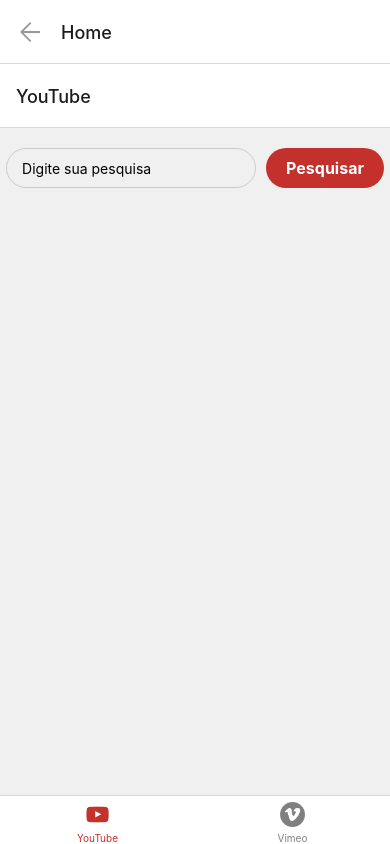
Repository: isaqkee/Youtube-API
Screen: /Home (app in youtubeAPI/)
An editor plug-in stored every save of this project. The screen is shown before and after the next save, followed by the edit.
The app was drawn by React Native's web renderer in a window 390 px wide. The project was rebuilt for these pictures with package versions that can differ from the ones it lists, and the page was loaded fresh each time. Also part of the build but not shown: youtubeAPI/VimeoScreen.js.

Above is the screen before, as saved 2024-05-27 22:44:17.

### youtubeAPI/App.js
import * as React from 'react';
import { NavigationContainer } from '@react-navigation/native';
import { createStackNavigator } from '@react-navigation/stack';
import { createBottomTabNavigator } from '@react-navigation/bottom-tabs';
import { Image, TouchableOpacity } from 'react-native';
import WelcomeScreen from './WelcomeScreen';
import YoutubeScreen from './YoutubeScreen';
import VimeoScreen from './VimeoScreen';

const Stack = createStackNavigator();
const Tab = createBottomTabNavigator();

function HomeTabs() {
  return (
    <Tab.Navigator
      screenOptions={({ route }) => ({
        tabBarIcon: ({ color, size }) => {
          let iconName;
          if (route.name === 'YouTube') {
            iconName = require('./assets/youtube.png');
          } else if (route.name === 'Vimeo') {
            iconName = require('./assets/vimeo.png');
          }
          return <Image source={iconName} style={{ width: size, height: size, tintColor: color }} />;
        },
      })}
      tabBarOptions={{
        activeTintColor: '#c4302b',
        inactiveTintColor: 'gray',
      }}
    >
      <Tab.Screen name="YouTube" component={YoutubeScreen} />
      <Tab.Screen name="Vimeo" component={VimeoScreen} />
    </Tab.Navigator>
  );
}

export default function App() {
  return (
    <NavigationContainer>
      <Stack.Navigator initialRouteName="Welcome">
        <Stack.Screen
          name="Welcome"
          component={WelcomeScreen}
          options={{
            headerShown: false
          }}
        />
        <Stack.Screen
          name="Home"
          component={HomeTabs}
          options={({ navigation }) => ({
            headerLeft: () => (
              <TouchableOpacity onPress={() => navigation.navigate('Welcome')}>
                <Image source={require('./assets/back.png')} style={{ width: 30, height: 30, marginLeft: 15 }} />
              </TouchableOpacity>
            ),
            headerShown: true
          })}
        />
      </Stack.Navigator>
    </NavigationContainer>
  );
}

### youtubeAPI/WelcomeScreen.js
import React from 'react';
import { View, Text, TouchableOpacity, StyleSheet, ImageBackground, Animated } from 'react-native';

export default function WelcomeScreen({ navigation }) {
  const fadeAnim = React.useRef(new Animated.Value(0)).current;

  React.useEffect(() => {
    Animated.timing(fadeAnim, {
      toValue: 1,
      duration: 1000,
      useNativeDriver: true,
    }).start();
  }, [fadeAnim]);

  return (
    <Animated.View style={[styles.container, { opacity: fadeAnim }]}>
      <ImageBackground source={require('./assets/back5.gif')} style={styles.backgroundImage}>
        <Text style={styles.title}>Bem-vindo ao Pesquisa de Vídeos</Text>
        <TouchableOpacity style={styles.button} onPress={() => navigation.navigate('Home')}>
          <Text style={styles.buttonText}>Começar</Text>
        </TouchableOpacity>
      </ImageBackground>
    </Animated.View>
  );
}

const styles = StyleSheet.create({
  container: {
    flex: 1,
    justifyContent: 'center',
    alignItems: 'center',
  },
  backgroundImage: {
    flex: 1,
    resizeMode: 'cover',
    justifyContent: 'center',
    alignItems: 'center',
    width: '100%',
    height: '100%',
  },
  title: {
    fontSize: 32,
    fontWeight: 'bold',
    color: '#fff',
    textAlign: 'center',
    marginBottom: 40,
  },
  button: {
    backgroundColor: '#c4302b',
    paddingVertical: 15,
    paddingHorizontal: 30,
    borderRadius: 30,
  },
  buttonText: {
    fontSize: 18,
    color: '#fff',
    fontWeight: 'bold',
  },
});

### youtubeAPI/YoutubeScreen.js
// YoutubeScreen.js e VimeoScreen.js
import React, { useState } from 'react';
import { View, Text, TextInput, TouchableOpacity, ScrollView, StyleSheet } from 'react-native';
import { WebView } from 'react-native-webview';
import { buscarVideos } from './youtube'; // ou buscarVideosVimeo para Vimeo

export default function VideoScreen() {
  const [pesquisa, setPesquisa] = useState('');
  const [videos, setVideos] = useState([]);

  const pesquisar = async () => {
    try {
      const resultados = await buscarVideos(pesquisa);
      setVideos(resultados);
    } catch (erro) {
      console.error('Erro ao pesquisar vídeos:', erro);
    }
  };

  return (
    <View style={styles.container}>
      <View style={styles.searchContainer}>
        <TextInput
          style={styles.input}
          placeholder="Digite sua pesquisa"
          value={pesquisa}
          onChangeText={setPesquisa}
        />
        <TouchableOpacity style={styles.button} onPress={pesquisar}>
          <Text style={styles.buttonText}>Pesquisar</Text>
        </TouchableOpacity>
      </View>
      <ScrollView style={styles.scrollView}>
        {videos.map(video => (
          <View key={video.id.videoId} style={styles.videoContainer}>
            <Text style={styles.videoTitle}>{video.snippet.title}</Text>
            <WebView
              style={styles.webview}
              javaScriptEnabled={true}
              domStorageEnabled={true}
              source={{ html: `<iframe width="100%" height="215" src="https://www.youtube.com/embed/${video.id.videoId}" frameborder="0" allowfullscreen></iframe>` }}
            />
          </View>
        ))}
      </ScrollView>
    </View>
  );
}

const styles = StyleSheet.create({
  container: {
    flex: 1,
    backgroundColor: '#f0f0f0',
    paddingHorizontal: 20,
    paddingTop: 20,
  },
  searchContainer: {
    flexDirection: 'row',
    justifyContent: 'center',
    marginBottom: 20,
  },
  input: {
    flex: 1,
    height: 40,
    borderWidth: 1,
    borderColor: '#ccc',
    borderRadius: 20,
    paddingHorizontal: 15,
    marginRight: 10,
  },
  button: {
    backgroundColor: '#c4302b',
    paddingVertical: 10,
    paddingHorizontal: 20,
    borderRadius: 20,
  },
  buttonText: {
    color: '#fff',
    fontSize: 16,
    fontWeight: 'bold',
  },
  scrollView: {
    flex: 1,
  },
  videoContainer: {
    marginBottom: 20,
    backgroundColor: '#fff',
    borderRadius: 10,
    padding: 15,
    shadowColor: '#000',
    shadowOffset: {
      width: 0,
      height: 2,
    },
    shadowOpacity: 0.25,
    shadowRadius: 3.84,
    elevation: 5,
  },
  videoTitle: {
    fontSize: 18,
    fontWeight: 'bold',
    marginBottom: 10,
  },
  webview: {
    width: '100%',
    aspectRatio: 16 / 9,
    borderRadius: 10,
  },
});

### youtubeAPI/youtube.js
import axios from 'axios';

const API_KEY = 'AIzaSyD36Bn6BKLPz8AdMSyxT2fALm-VOflpI8U';

export const buscarVideos = async (query) => {
  try {
    const pesquisa = await axios.get('https://www.googleapis.com/youtube/v3/search', {
      params: {
        q: query,
        part: 'snippet',
        maxResults: 10,
        type: 'video',
        key: API_KEY,
      },
    });
    return pesquisa.data.items;
  } catch (erro) {
    console.error('Erro ao buscar vídeos do YouTube:', erro);
    throw erro;
  }
};

After the next save:
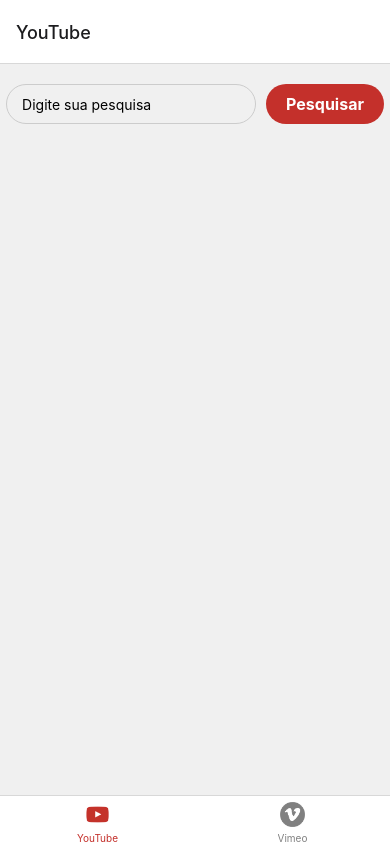
Saved 4 s later.
--- a/youtubeAPI/App.js
+++ b/youtubeAPI/App.js
@@ -1,8 +1,9 @@
+// App.js
 import * as React from 'react';
 import { NavigationContainer } from '@react-navigation/native';
 import { createStackNavigator } from '@react-navigation/stack';
 import { createBottomTabNavigator } from '@react-navigation/bottom-tabs';
-import { Image, TouchableOpacity } from 'react-native';
+import { Image } from 'react-native';
 import WelcomeScreen from './WelcomeScreen';
 import YoutubeScreen from './YoutubeScreen';
 import VimeoScreen from './VimeoScreen';
@@ -39,25 +40,8 @@
   return (
     <NavigationContainer>
       <Stack.Navigator initialRouteName="Welcome">
-        <Stack.Screen
-          name="Welcome"
-          component={WelcomeScreen}
-          options={{
-            headerShown: false
-          }}
-        />
-        <Stack.Screen
-          name="Home"
-          component={HomeTabs}
-          options={({ navigation }) => ({
-            headerLeft: () => (
-              <TouchableOpacity onPress={() => navigation.navigate('Welcome')}>
-                <Image source={require('./assets/back.png')} style={{ width: 30, height: 30, marginLeft: 15 }} />
-              </TouchableOpacity>
-            ),
-            headerShown: true
-          })}
-        />
+        <Stack.Screen name="Welcome" component={WelcomeScreen} options={{ headerShown: false }}/>
+        <Stack.Screen name="Home" component={HomeTabs} options={{ headerShown: false }}/>
       </Stack.Navigator>
     </NavigationContainer>
   );
